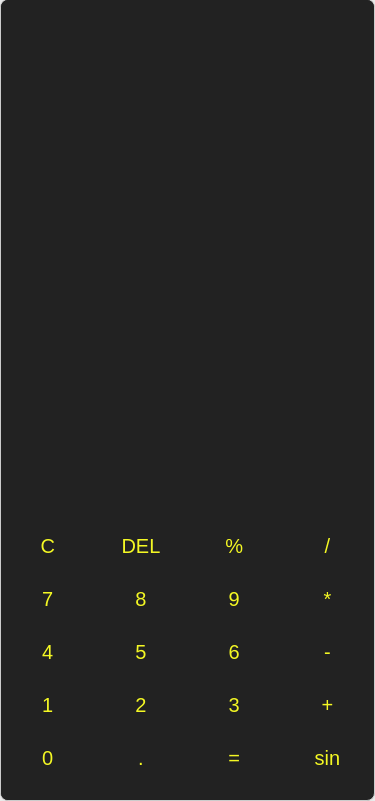
Repository: JuliusMonday/myCalculator
Page: index.html
These files come from the project's save history. The page is drawn as it stood at one moment and after a run of saves; the edit follows.
The browser window is 375 px wide. The pictures show the whole page.

Above is the page before, as saved 2024-05-31 08:58:01.

After the next 2 saves:
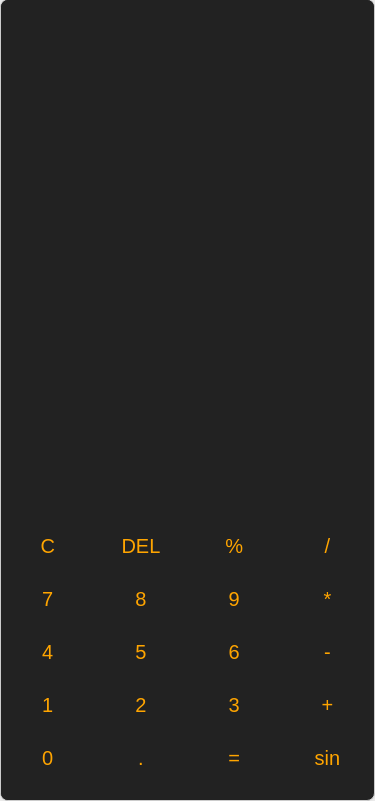
The 2 saves are shown as one change because they came seconds apart.
The last was saved 91 s later.
--- a/styles.css
+++ b/styles.css
@@ -82,7 +82,7 @@ button:active {
         padding: 15px;
         font-size: 20px;
         background-color:#222;
-        color: #f4f824;
+        color: #FFA500;
         border: none;
     }
     body{
